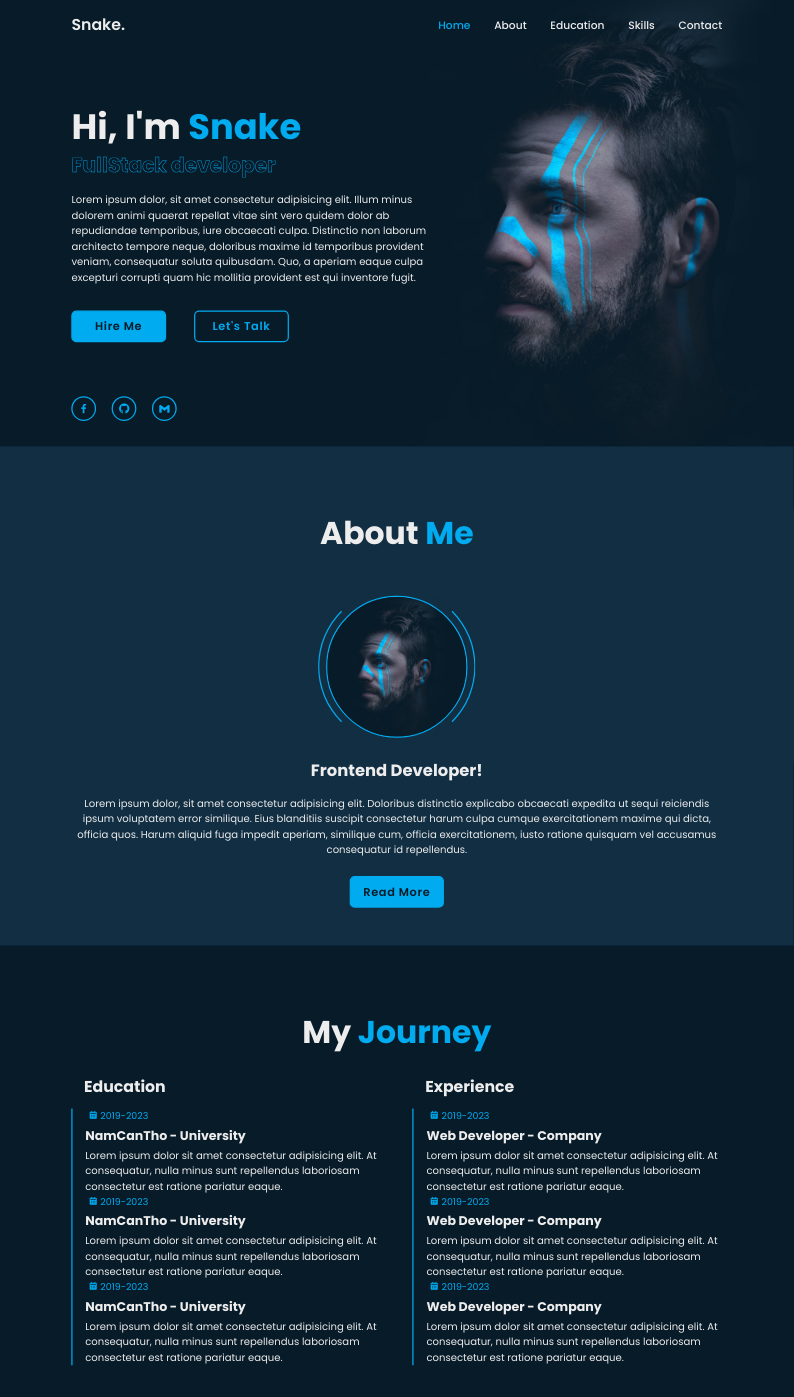
Repository: Tanty102/About_Me
Page: index.html
These files come from the project's save history. The page is drawn as it stood at one moment and after a run of saves; the edit follows.
The browser window is 1280 px wide. The pictures show the whole page, at 62% of full size.

Above is the page before, as saved 2023-09-12 18:44:16.

### index.html
<!DOCTYPE html>
<html lang="en">
  <head>
    <meta charset="UTF-8" />
    <meta name="viewport" content="width=device-width, initial-scale=1.0" />
    <link rel="stylesheet" href="style.css" />
    <title>CV Snake</title>
  </head>

  <!-- box icons -->
  <link
    href="https://unpkg.com/boxicons@2.1.4/css/boxicons.min.css"
    rel="stylesheet" />
  <body>
    <!-- Header design -->
    <header class="header">
      <a href="#" class="logo">Snake.</a>

      <div class="bx bx-menu" id="menu-icon"></div>

      <nav class="navbar">
        <a href="#home" class="active">Home</a>
        <a href="#about">About</a>
        <a href="#education">Education</a>
        <a href="#skills">Skills</a>
        <a href="#contact">Contact</a>
      </nav>
    </header>

    <!-- Home section design -->
    <section class="home" id="home">
      <div class="home-content">
        <h1>Hi, I'm <span>Snake</span></h1>
        <div class="text-animate">
          <h3>FullStack developer</h3>
        </div>
        <p>
          Lorem ipsum dolor, sit amet consectetur adipisicing elit. Illum minus
          dolorem animi quaerat repellat vitae sint vero quidem dolor ab
          repudiandae temporibus, iure obcaecati culpa. Distinctio non laborum
          architecto tempore neque, doloribus maxime id temporibus provident
          veniam, consequatur soluta quibusdam. Quo, a aperiam eaque culpa
          excepturi corrupti quam hic mollitia provident est qui inventore
          fugit.
        </p>

        <div class="btn-box">
          <a href="#" class="btn">Hire Me</a>
          <a href="#" class="btn">Let's Talk</a>
        </div>
      </div>

      <div class="home-sci">
        <a href="#"><i class="bx bxl-facebook"></i></a>
        <a href="#"><i class="bx bxl-github"></i></a>
        <a href="#"><i class="bx bxl-gmail"></i></a>
      </div>

      <div class="home-imgHover"></div>
    </section>

    <!-- About section design -->
    <section class="about" id="about">
      <h2 class="heading">About <span>Me</span></h2>

      <div class="about-img">
        <img src="image/about.jpg" alt="" />
        <span class="circle-spin"></span>
      </div>

      <div class="about-content">
        <h3>Frontend Developer!</h3>
        <p>
          Lorem ipsum dolor, sit amet consectetur adipisicing elit. Doloribus
          distinctio explicabo obcaecati expedita ut sequi reiciendis ipsum
          voluptatem error similique. Eius blanditiis suscipit consectetur harum
          culpa cumque exercitationem maxime qui dicta, officia quos. Harum
          aliquid fuga impedit aperiam, similique cum, officia exercitationem,
          iusto ratione quisquam vel accusamus consequatur id repellendus.
        </p>

        <div class="btn-box btns">
          <a href="#" class="btn">Read More</a>
        </div>
      </div>
    </section>

    <!-- Education section design -->
    <section class="education" id="education">
      <h2 class="heading">My <span>Journey</span></h2>

      <div class="education-row">
        <div class="education-column">
          <h3 class="title">Education</h3>

          <div class="education-box">
            <div class="education-content">
              <div class="content">
                <div class="year">
                  <i class="bx bxs-calendar"></i> 2019-2023
                </div>
                <h3>NamCanTho - University</h3>
                <p>
                  Lorem ipsum dolor sit amet consectetur adipisicing elit. At
                  consequatur, nulla minus sunt repellendus laboriosam
                  consectetur est ratione pariatur eaque.
                </p>
              </div>
            </div>

            <div class="education-content">
              <div class="content">
                <div class="year">
                  <i class="bx bxs-calendar"></i> 2019-2023
                </div>
                <h3>NamCanTho - University</h3>
                <p>
                  Lorem ipsum dolor sit amet consectetur adipisicing elit. At
                  consequatur, nulla minus sunt repellendus laboriosam
                  consectetur est ratione pariatur eaque.
                </p>
              </div>
            </div>

            <div class="education-content">
              <div class="content">
                <div class="year">
                  <i class="bx bxs-calendar"></i> 2019-2023
                </div>
                <h3>NamCanTho - University</h3>
                <p>
                  Lorem ipsum dolor sit amet consectetur adipisicing elit. At
                  consequatur, nulla minus sunt repellendus laboriosam
                  consectetur est ratione pariatur eaque.
                </p>
              </div>
            </div>
          </div>
        </div>

        <div class="education-column">
          <h3 class="title">Experience</h3>

          <div class="education-box">
            <div class="education-content">
              <div class="content">
                <div class="year">
                  <i class="bx bxs-calendar"></i> 2019-2023
                </div>
                <h3>Web Developer - Company</h3>
                <p>
                  Lorem ipsum dolor sit amet consectetur adipisicing elit. At
                  consequatur, nulla minus sunt repellendus laboriosam
                  consectetur est ratione pariatur eaque.
                </p>
              </div>
            </div>

            <div class="education-content">
              <div class="content">
                <div class="year">
                  <i class="bx bxs-calendar"></i> 2019-2023
                </div>
                <h3>Web Developer - Company</h3>
                <p>
                  Lorem ipsum dolor sit amet consectetur adipisicing elit. At
                  consequatur, nulla minus sunt repellendus laboriosam
                  consectetur est ratione pariatur eaque.
                </p>
              </div>
            </div>

            <div class="education-content">
              <div class="content">
                <div class="year">
                  <i class="bx bxs-calendar"></i> 2019-2023
                </div>
                <h3>Web Developer - Company</h3>
                <p>
                  Lorem ipsum dolor sit amet consectetur adipisicing elit. At
                  consequatur, nulla minus sunt repellendus laboriosam
                  consectetur est ratione pariatur eaque.
                </p>
              </div>
            </div>
          </div>
        </div>
      </div>
    </section>

    <script src="main.js"></script>
  </body>
</html>

### style.css
@import url("https://fonts.googleapis.com/css2?family=Poppins:wght@300;400;500;600;700;800;900&display=swap");

* {
  margin: 0;
  padding: 0;
  box-sizing: border-box;
  text-decoration: none;
  border: none;
  outline: none;
  scroll-behavior: smooth;
  font-family: "Poppins", sans-serif;
}

:root {
  --bg-color: #081b29;
  --second-bg-color: #112e42;
  --text-color: #ededed;
  --main-color: #00abf0;
}

html {
  font-size: 63.5%;
  overflow-x: hidden;
}

body {
  background: var(--bg-color);
  color: var(--text-color);
}

.header {
  position: fixed;
  top: 0;
  left: 0;
  width: 100%;
  padding: 2rem 9%;
  background: transparent;
  display: flex;
  justify-content: space-between;
  align-items: center;
  z-index: 100;
}

.logo {
  font-size: 2.5rem;
  color: var(--text-color);
  font-weight: 600;
}

.navbar a {
  font-size: 1.7rem;
  color: var(--text-color);
  font-weight: 500;
  margin-left: 3.5rem;
  transition: 0.3s;
}

.navbar a:hover,
.navbar a.active {
  color: var(--main-color);
}

#menu-icon {
  font-size: 3.6rem;
  color: var(--text-color);
  cursor: pointer;
  display: none;
}

section {
  min-height: 100vh;
  padding: 10rem 9% 2rem;
}

.home {
  display: flex;
  align-items: center;
  padding: 0 9%;
  background: url("/image/home.jpg") no-repeat;
  background-size: cover;
  background-position: center;
}

.home-content {
  max-width: 60rem;
}

.home-content h1 {
  font-size: 5.6rem;
  font-weight: 700;
  line-height: 1.3;
}

.home-content .text-animate {
  position: relative;
  width: 32.8rem;
}

.home-content .text-animate h3 {
  font-size: 3.2rem;
  font-weight: 700;
  color: transparent;
  -webkit-text-stroke: 0.7px var(--main-color);
}

.home-content p {
  font-size: 1.6rem;
  margin: 2rem 0 4rem;
}

.btn-box {
  position: relative;
  display: flex;
  justify-content: space-between;
  width: 34.5rem;
  height: 5rem;
}
.btn-box .btn {
  position: relative;
  display: inline-flex;
  justify-content: center;
  align-items: center;
  width: 15rem;
  height: 100%;
  background: var(--main-color);
  border: 0.2rem solid var(--main-color);
  border-radius: 0.8rem;
  font-size: 1.8rem;
  font-weight: 600;
  letter-spacing: 0.1rem;
  color: var(--bg-color);
  z-index: 1;
  overflow: hidden;
  transition: 0.5s;
}

.btn-box .btn:hover {
  color: var(--main-color);
}

.btn-box .btn:nth-child(2) {
  background: transparent;
  color: var(--main-color);
}

.btn-box .btn:nth-child(2):hover {
  color: var(--bg-color);
}

.btn-box .btn:nth-child(2)::before {
  background: var(--main-color);
}

.btn-box .btn::before {
  content: "";
  position: absolute;
  top: 0;
  left: 0;
  width: 0;
  height: 100%;
  background: var(--bg-color);
  z-index: -1;
  transition: 0.5s;
}

.btn-box .btn:hover::before {
  width: 100%;
}

.home-sci {
  position: absolute;
  bottom: 4rem;
  width: 170px;
  display: flex;
  justify-content: space-between;
}

.home-sci a {
  position: relative;
  display: inline-flex;
  justify-content: center;
  align-items: center;
  width: 40px;
  height: 40px;
  background: transparent;
  border: 0.2rem solid var(--main-color);
  border-radius: 50%;
  font-size: 20px;
  color: var(--main-color);
  z-index: 1;
  overflow: hidden;
  transition: 0.5s;
}

.home-sci a:hover {
  color: var(--bg-color);
}

.home-sci a::before {
  content: "";
  position: absolute;
  top: 0;
  left: 0;
  width: 0;
  height: 100%;
  background: var(--main-color);
  z-index: -1;
  transition: 0.5s;
}

.home-sci a:hover::before {
  width: 100%;
}

.home-imgHover {
  position: absolute;
  top: 0;
  right: 0;
  width: 45%;
  height: 100%;
  background: transparent;
  transition: 3s;
}

.home-imgHover:hover {
  background: var(--bg-color);
  opacity: 0.8;
}

.about {
  display: flex;
  justify-content: center;
  align-items: center;
  flex-direction: column;
  gap: 2rem;
  background: var(--second-bg-color);
  padding-bottom: 6rem;
}

.heading {
  font-size: 5rem;
  margin-bottom: 3rem;
  text-align: center;
}
span {
  color: var(--main-color);
}

.about-img {
  position: relative;
  width: 25rem;
  height: 25rem;
  border-radius: 50%;
  display: flex;
  justify-content: center;
  align-items: center;
}

.about-img img {
  width: 90%;
  border-radius: 50%;
  border: 0.2rem solid var(--main-color);
}

.about-img .circle-spin {
  position: absolute;
  top: 50%;
  left: 50%;
  transform: translate(-50%, -50%) rotate(0);
  width: 100%;
  height: 100%;
  border-radius: 50%;
  border-top: 0.2rem solid var(--second-bg-color);
  border-bottom: 0.2rem solid var(--second-bg-color);
  border-left: 0.2rem solid var(--main-color);
  border-right: 0.2rem solid var(--main-color);
}

.about-content {
  text-align: center;
}

.about-content h3 {
  font-size: 2.6rem;
}

.about-content p {
  font-size: 1.6rem;
  margin: 2rem 0 3rem;
}

.btn-box.btns {
  display: inline-block;
  width: 15rem;
}

.btn-box.btns a::before {
  background: var(--second-bg-color);
}

.education {
  display: flex;
  justify-content: center;
  align-items: center;
  flex-direction: column;
  min-height: auto;
  padding-bottom: 5rem;
}

.education .education-row {
  display: flex;
  flex-wrap: wrap;
  gap: 5rem;
}

.education-row .education-column {
  flex: 1 1 40rem;
}

.education-column .title {
  font-size: 2.5rem;
  margin: 0 0 1.5rem 2rem;
}

.education-column .education-box {
  border-left: 0.2rem solid var(--main-color);
}

.education-box .education-content {
  position: relative;
  padding-left: 2rem;
}

.education-box .education-content

.education-content .content {
  position: relative;
  padding: 1.5rem;
  border: 0.2rem solid var(--main-color);
  border-radius: 0.6rem;
  margin-bottom: 2rem;
}

.education-content .content .year {
  font-size: 1.5rem;
  color: var(--main-color);
  padding-bottom: 0.5rem;
}

.education-content .content .year i {
  padding-left: 0.5rem;
}

.education-content .content h3 {
  font-size: 2rem;
}

.education-content .content p {
  font-size: 1.6rem;
  padding-top: 0.5rem;
}

Loaded but not shown: main.js (no copy from this time; the picture is the same without it)

After the next 10 saves:
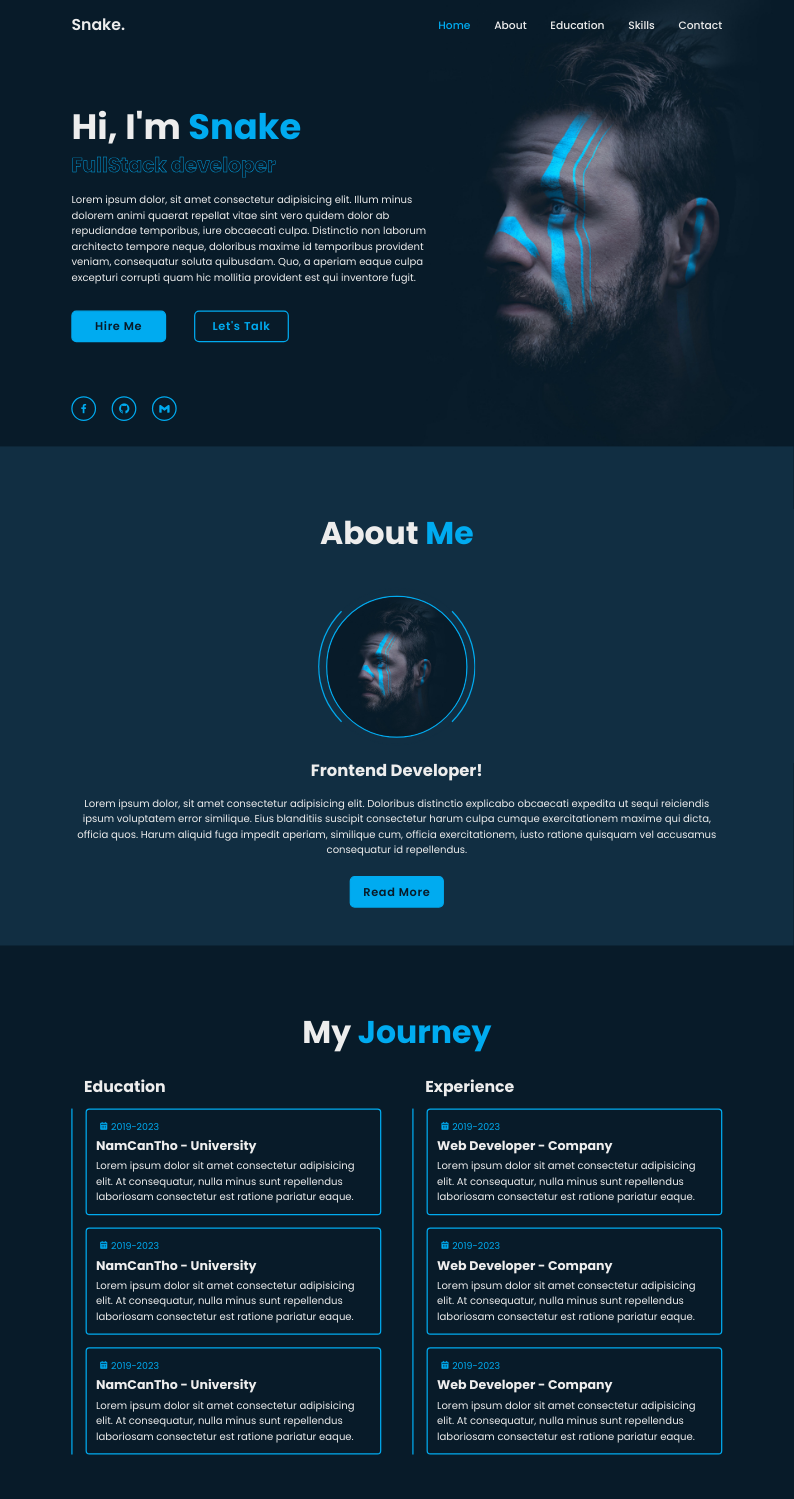
The 10 saves are shown as one change because they came seconds apart.
The last was saved 23 s later.
--- a/style.css
+++ b/style.css
@@ -331,7 +331,12 @@ span {
   padding-left: 2rem;
 }
 
-.education-box .education-content
+.education-box .education-content::before {
+  content: '';
+  position: absolute;
+  top: 0;
+  width: 2rem;
+}
 
 .education-content .content {
   position: relative;
